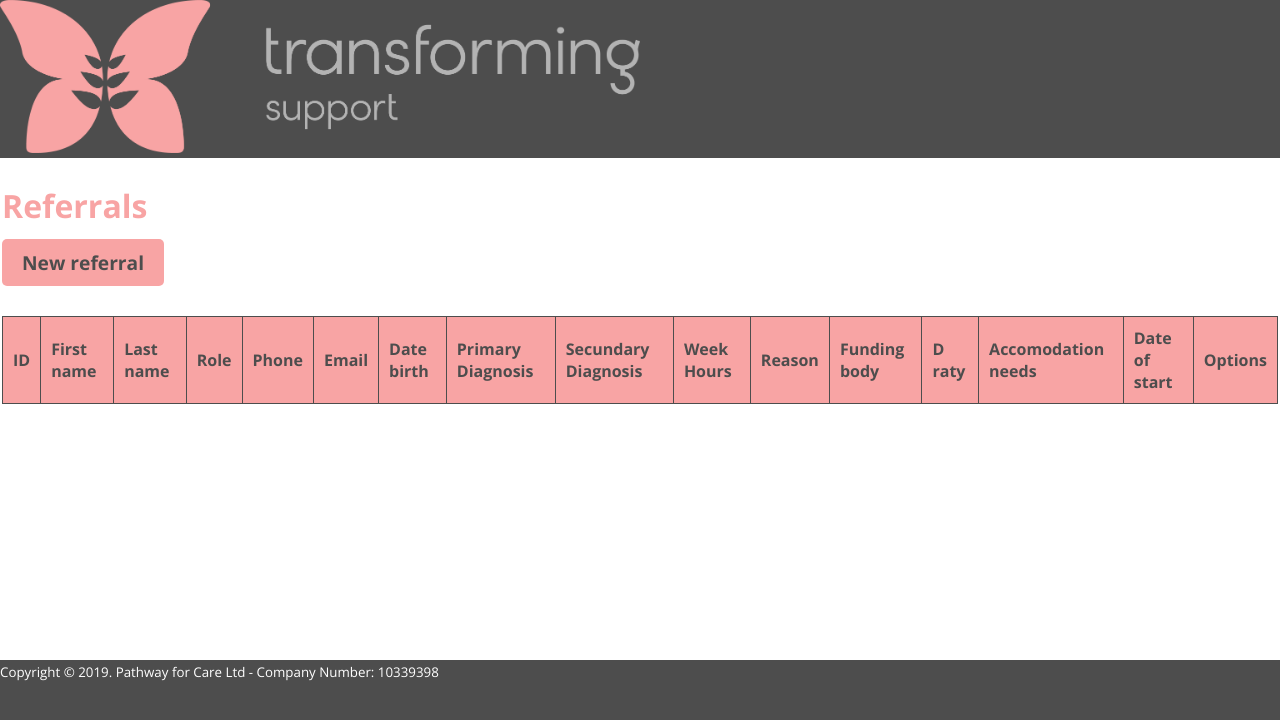
Repository: israelrodriguees/QAactivity
Page: http://localhost/referral/main
These files come from the project's save history. The page is drawn as it stood at one moment and after the next save; the edit follows.
The browser window is 1280 px wide. The pictures show the whole page.
The page is served by Tomcat 9. Queries for data that is not in the repository find no rows.

Above is the page before, as saved 2021-09-08 15:18:13.

After the next save:
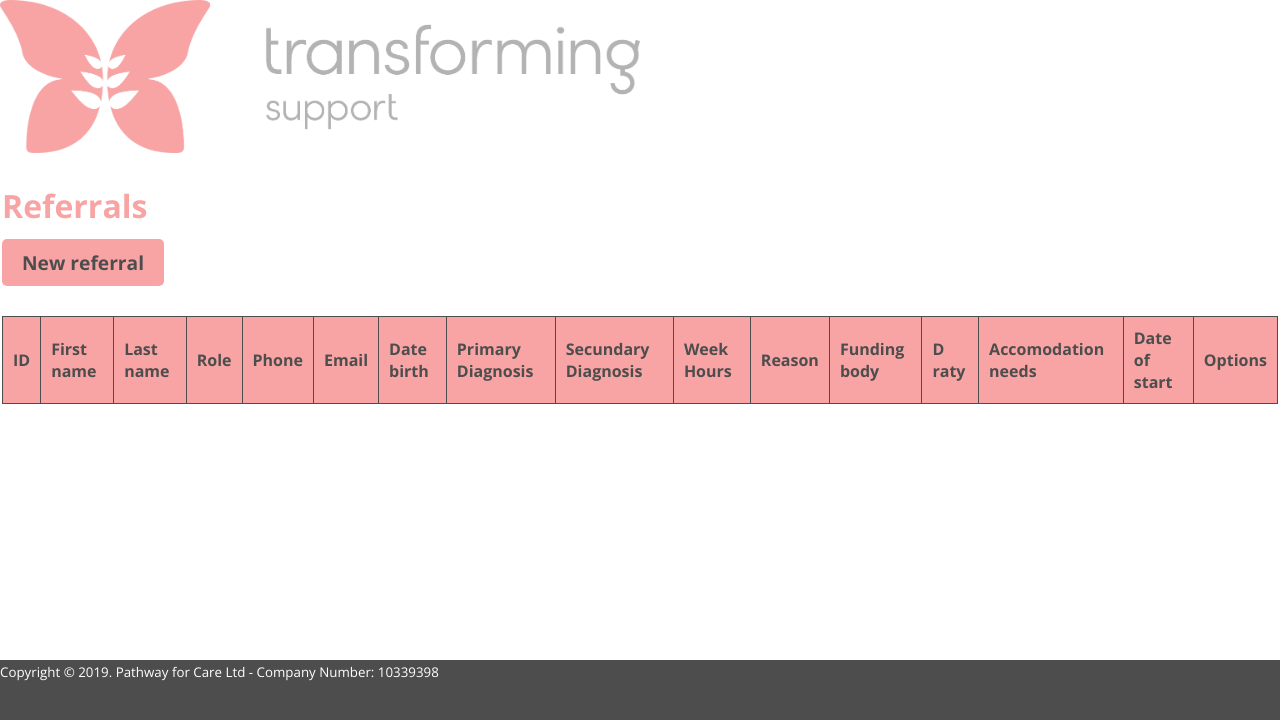
Saved 3 min 9 s later.
--- a/referral/src/main/webapp/agenda.jsp
+++ b/referral/src/main/webapp/agenda.jsp
@@ -19,7 +19,7 @@
 <body>
 	<div id="page">
 		<header>
-			<div style="background-color: #4d4d4d;">
+			<div class="image-container">
 				<img id="TS" src="images/transforming-support-horizontal.png">
 			</div>
 		</header>
